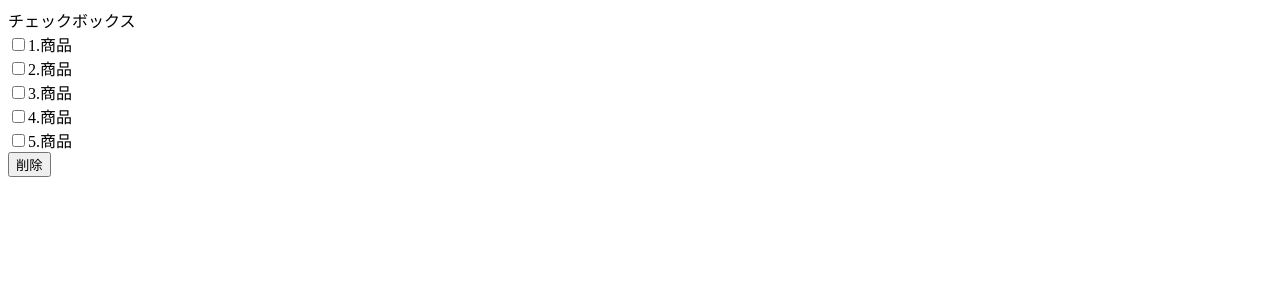
Repository: nathox/backup
Page: http://localhost/Aaaa/a.jsp
An editor plug-in stored every save of this project. The page is shown before and after the next save, followed by the edit.
The browser window is 1280 px wide. The pictures show the whole page.
The page is served by Tomcat 9.

Above is the page before, as saved 2018-02-05 02:32:20.

After the next save:
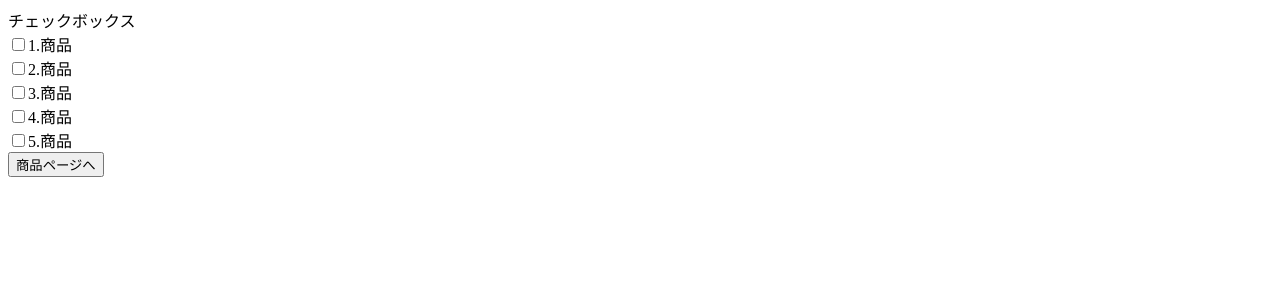
Saved 2 min 22 s later.
--- a/Aaaa/WebContent/a.jsp
+++ b/Aaaa/WebContent/a.jsp
@@ -52,7 +52,7 @@ break;
 
 
 
-<br><input type="button" value="削除" onclick="obakasannemou()">
+<br><input type="button" value="商品ページへ" onclick="obakasannemou()">
 </form>
 
 
